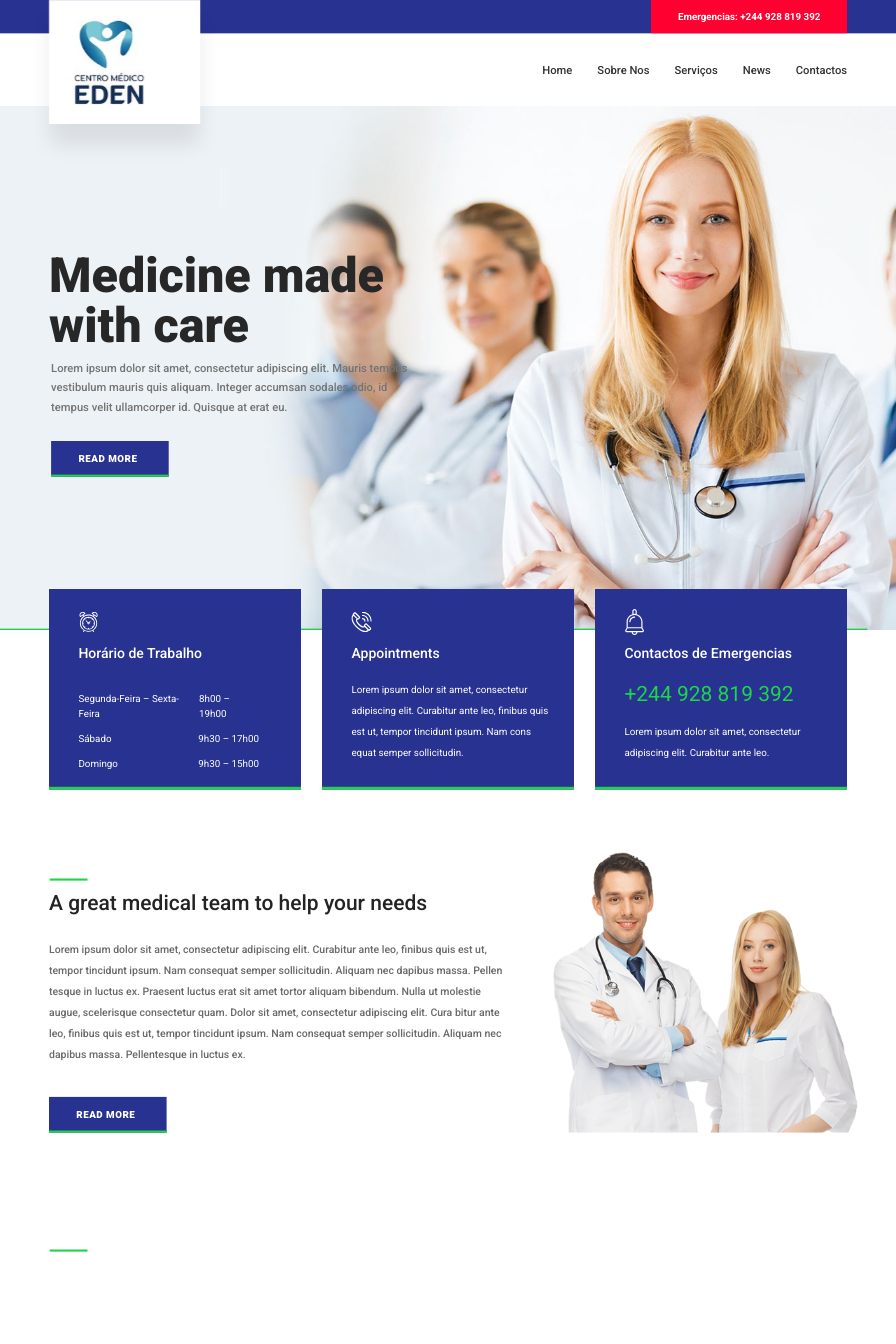
Repository: Nanitamo/centro-medico-eden-webpage
Page: index.html
The author's editor kept a copy of each file at every save. The page is drawn from the files as they stood at one save, then again after the next save.
The browser window is 1280 px wide. The pictures show the part of the page from y = 0 to 1920 px (the page is 4535 px tall), at 70% of full size.

Above is the page before, as saved 2020-06-18 14:51:33.

After the next save:
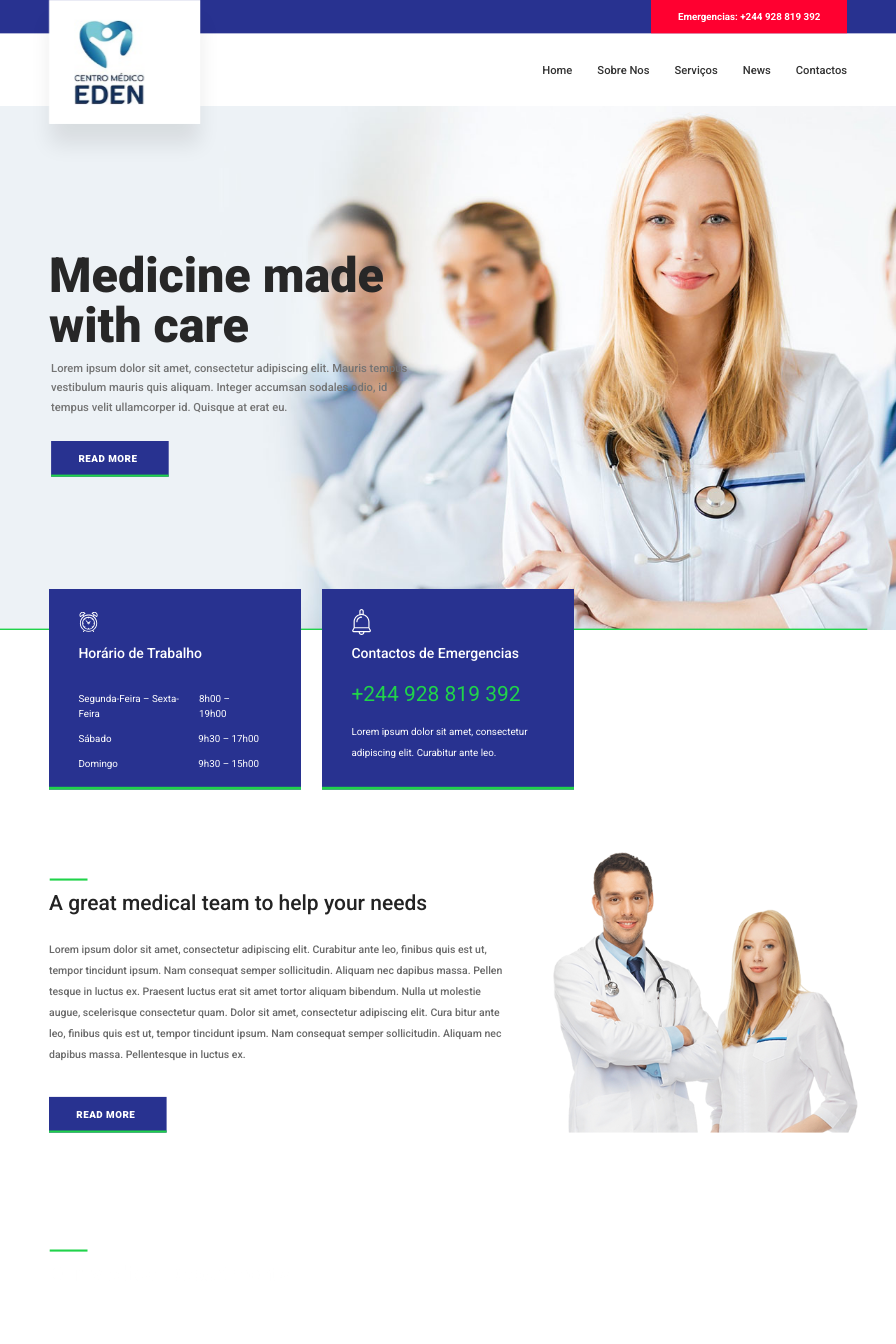
Saved 2 min 48 s later.
--- a/index.html
+++ b/index.html
@@ -225,13 +225,13 @@
 				</div>
 
 				<!-- Box -->
-				<div class="col-lg-4 box_col">
+				<!-- <div class="col-lg-4 box_col">
 					<div class="box box_appointments">
 						<div class="box_icon d-flex flex-column align-items-start justify-content-center"><div style="width: 29px; height:29px;"><img src="images/phone-call.svg" alt=""></div></div>
 						<div class="box_title">Appointments</div>
 						<div class="box_text">Lorem ipsum dolor sit amet, consectetur adipiscing elit. Curabitur ante leo, finibus quis est ut, tempor tincidunt ipsum. Nam cons equat semper sollicitudin.</div>
 					</div>
-				</div>
+				</div> -->
 
 				<!-- Box -->
 				<div class="col-lg-4 box_col">
